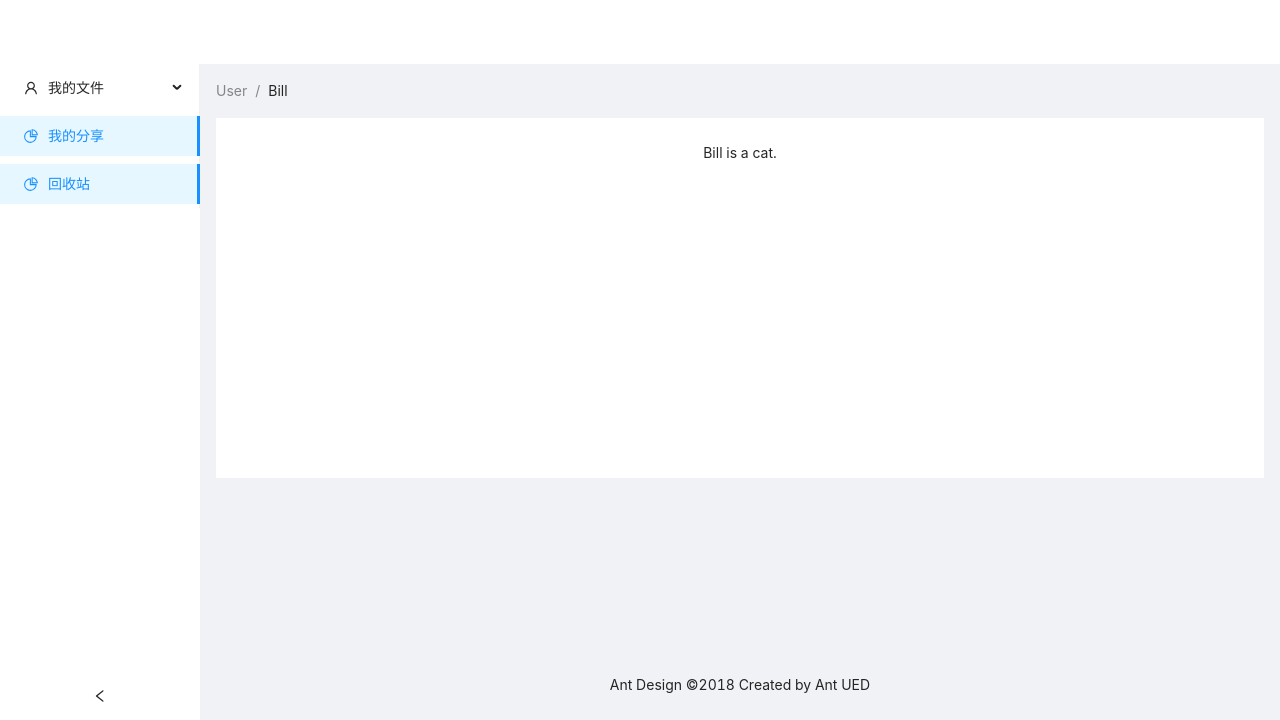
Repository: xstnet/starfire-cloud-fe
Page: /
These files come from the project's save history. The page is drawn as it stood at one moment and after the next save; the edit follows.
The browser window is 1280 px wide. The pictures show the whole page.
The project was rebuilt for these pictures with package versions that can differ from the ones it lists, and the page was loaded fresh each time.

Above is the page before, as saved 2021-09-12 16:18:02.

### src/App.js
import React from 'react';
import { Button } from 'antd';
import './App.css';
import MainLayout from './page/layout/main'

const App = () => (
  <div className="App">
    <MainLayout></MainLayout>
  </div>
);

export default App;

### src/page/layout/main.jsx
import React from 'react';
import { Layout, Menu, Breadcrumb } from 'antd';
import {
  DesktopOutlined,
  PieChartOutlined,
  FileOutlined,
  TeamOutlined,
  UserOutlined,
} from '@ant-design/icons';
import './main.css';

const { Header, Content, Footer, Sider } = Layout;
const { SubMenu } = Menu;

class MainLayout extends React.Component {
  state = {
    collapsed: false,
  };

  onCollapse = collapsed => {
    console.log(collapsed);
    this.setState({ collapsed });
  };

  render() {
    const { collapsed } = this.state;
    return (
      <Layout style={{ minHeight: '100vh' }}>
        <Sider theme="light" collapsible collapsed={collapsed} onCollapse={this.onCollapse}>
          <div className="logo" />
          <Menu defaultSelectedKeys={['1']} mode="inline">
            <SubMenu key="sub1" icon={<UserOutlined />} title="我的文件">
              <Menu.Item key="3">文档</Menu.Item>
              <Menu.Item key="4">图片</Menu.Item>
              <Menu.Item key="5">音频</Menu.Item>
              <Menu.Item key="5">视频</Menu.Item>
            </SubMenu>
            <Menu.Item key="1" icon={<PieChartOutlined />}>
              我的分享
            </Menu.Item>
            <Menu.Item key="1" icon={<PieChartOutlined />}>
              回收站
            </Menu.Item>
          </Menu>
        </Sider>
        <Layout className="site-layout">
          <Header className="site-layout-background" style={{ padding: 0 }} />
          <Content style={{ margin: '0 16px' }}>
            <Breadcrumb style={{ margin: '16px 0' }}>
              <Breadcrumb.Item>User</Breadcrumb.Item>
              <Breadcrumb.Item>Bill</Breadcrumb.Item>
            </Breadcrumb>
            <div className="site-layout-background" style={{ padding: 24, minHeight: 360 }}>
              Bill is a cat.
            </div>
          </Content>
          <Footer style={{ textAlign: 'center' }}>Ant Design ©2018 Created by Ant UED</Footer>
        </Layout>
      </Layout>
    );
  }
}

export default MainLayout;

### src/page/layout/main.css
 .logo {
    height: 32px;
    margin: 16px;
    background: rgba(255, 255, 255, 0.3);
  }

  .site-layout .site-layout-background {
    background: #fff;
  }

Loaded but not shown: public/index.html (common file); src/index.js (common file); src/index.css (common file); src/reportWebVitals.js (common file); src/App.css (common file)

After the next save:
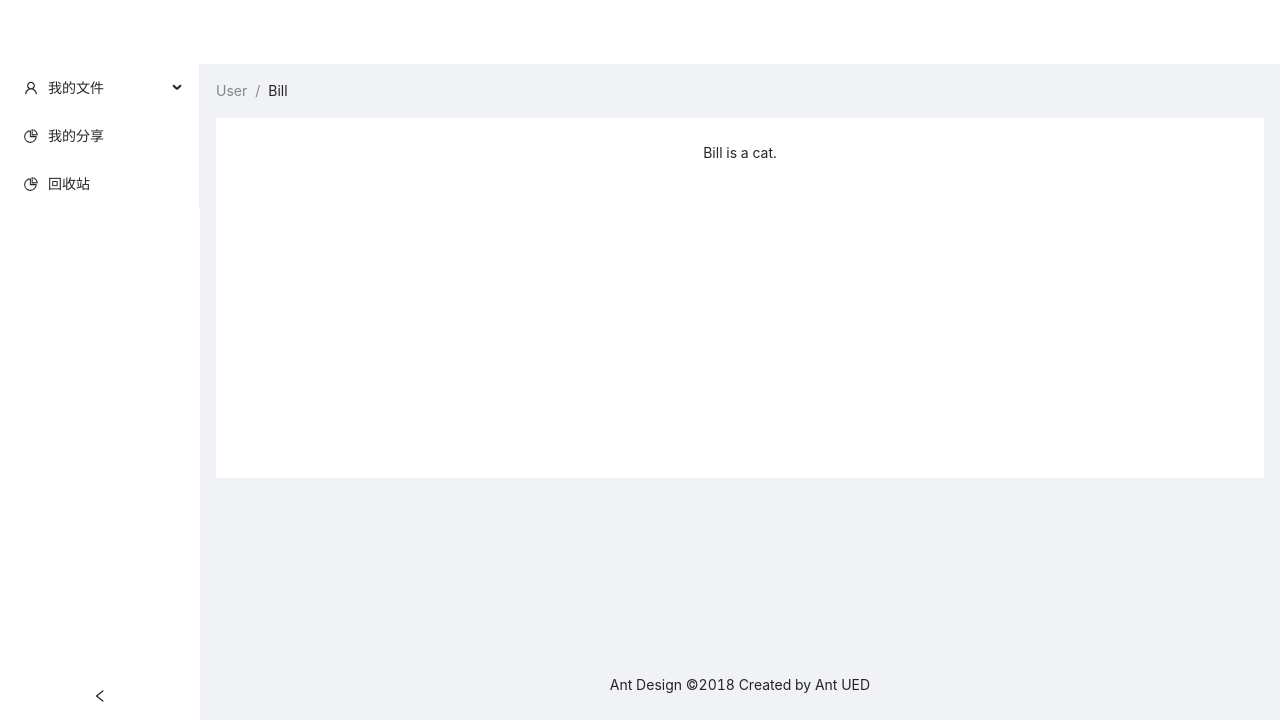
Saved 24 s later.
--- a/src/page/layout/main.jsx
+++ b/src/page/layout/main.jsx
@@ -29,16 +29,16 @@ class MainLayout extends React.Component {
         <Sider theme="light" collapsible collapsed={collapsed} onCollapse={this.onCollapse}>
           <div className="logo" />
           <Menu defaultSelectedKeys={['1']} mode="inline">
-            <SubMenu key="sub1" icon={<UserOutlined />} title="我的文件">
+            <SubMenu key="my-file" icon={<UserOutlined />} title="我的文件">
               <Menu.Item key="3">文档</Menu.Item>
               <Menu.Item key="4">图片</Menu.Item>
               <Menu.Item key="5">音频</Menu.Item>
               <Menu.Item key="5">视频</Menu.Item>
             </SubMenu>
-            <Menu.Item key="1" icon={<PieChartOutlined />}>
+            <Menu.Item key="share" icon={<PieChartOutlined />}>
               我的分享
             </Menu.Item>
-            <Menu.Item key="1" icon={<PieChartOutlined />}>
+            <Menu.Item key="recycle" icon={<PieChartOutlined />}>
               回收站
             </Menu.Item>
           </Menu>
